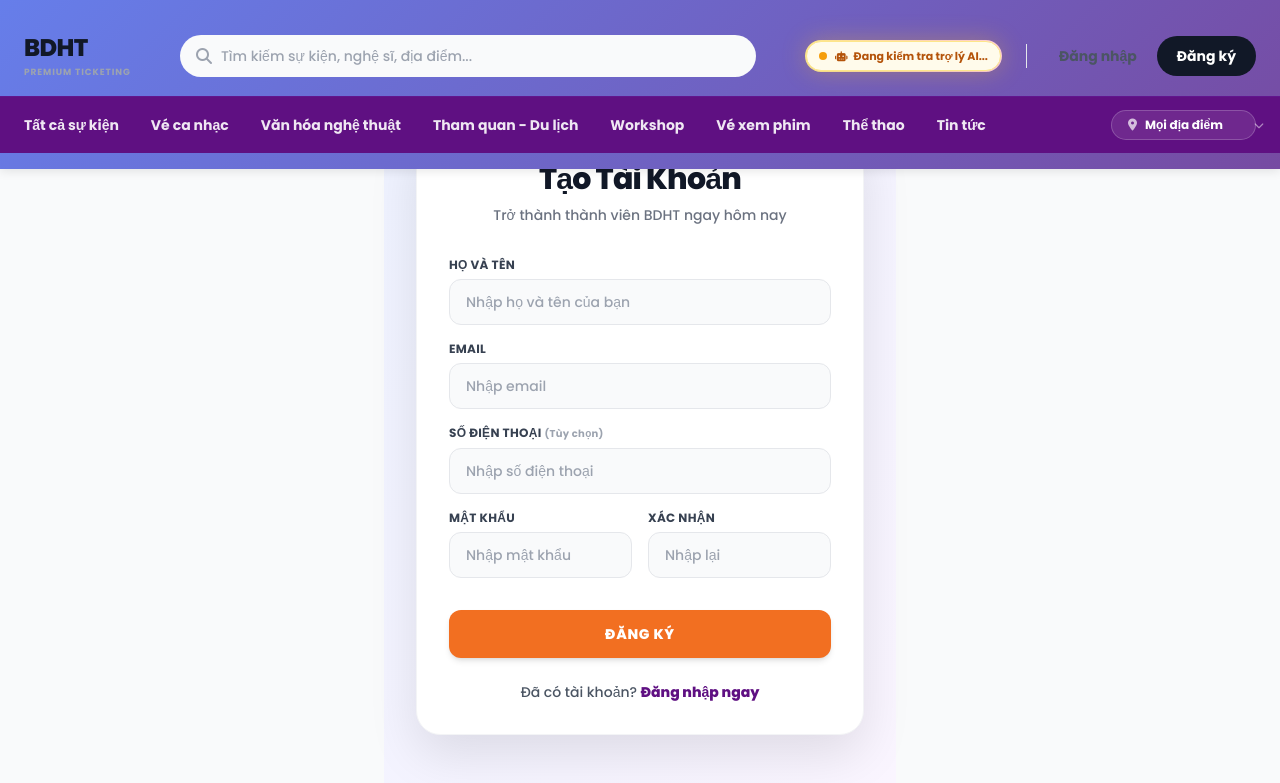
Repository: K23CNT1-TranTheBinh/K23CNT1_TranTheBinh_Project4_2310900012
Page: EventTicket_BDHT_Project/frontend-web/pages/user/register.html
The author's editor kept a copy of each file at every save. The page is drawn from the files as they stood at one save, then again after the next save.
The browser window is 1280 px wide. The pictures show the whole page.
The page's requests for data from a server got no answer. Some web libraries are served in a nearby version.

Above is the page before, as saved 2026-05-24 18:40:18.

### EventTicket_BDHT_Project/frontend-web/pages/user/register.html
<!DOCTYPE html>
<html lang="vi">
<head>
    <meta charset="UTF-8">
    <meta name="viewport" content="width=device-width, initial-scale=1.0">
    <title>Đăng Ký - BDHT Premium Ticketing</title>
    <!-- Tailwind CSS CDN -->
    <script src="https://cdn.tailwindcss.com"></script>
    <script>
        tailwind.config = {
            theme: {
                extend: {
                    colors: {
                        brand: {
                            purple: '#5f1082',
                            purpleHover: '#4d0b6b',
                            orange: '#f26f21',
                            orangeHover: '#d95a12',
                            darkBg: '#333333'
                        }
                    },
                    fontFamily: {
                        sans: ['Poppins', 'sans-serif'],
                    }
                }
            }
        }
    </script>
    <link href="https://fonts.googleapis.com/css2?family=Poppins:wght@300;400;500;600;700;800;900&display=swap" rel="stylesheet">
    <link rel="stylesheet" href="https://cdnjs.cloudflare.com/ajax/libs/font-awesome/6.4.0/css/all.min.css">
    <link rel="stylesheet" href="../../assets/css/style.css">
</head>
<body class="bg-gray-50 text-gray-800 font-sans antialiased flex flex-col min-h-screen">
    <div id="header-container"></div>

    <main class="flex-1 flex items-center justify-center py-12 px-4 sm:px-6 lg:px-8 bg-gradient-to-br from-indigo-50 to-purple-50">
        <div class="max-w-md w-full bg-white rounded-3xl p-8 shadow-[0_20px_50px_rgba(0,0,0,0.1)] border border-gray-100">
            <div class="text-center mb-8">
                <h2 class="text-3xl font-extrabold text-gray-900 tracking-tight">Tạo Tài Khoản</h2>
                <p class="text-sm font-medium text-gray-500 mt-2">Trở thành thành viên BDHT ngay hôm nay</p>
            </div>

            <form id="registerForm" class="flex flex-col gap-4">
                <div id="register-msg" class="hidden font-bold text-sm p-3 rounded-xl"></div>

                <div class="flex flex-col gap-1.5">
                    <label class="text-xs font-bold text-gray-700 uppercase tracking-wide">Họ và Tên</label>
                    <input type="text" id="fullName" required placeholder="Nhập họ và tên của bạn" class="w-full px-4 py-3 bg-gray-50 border border-gray-200 rounded-xl text-sm font-medium focus:border-brand-purple focus:ring-4 focus:ring-brand-purple/10 outline-none transition-all">
                </div>

                <div class="flex flex-col gap-1.5">
                    <label class="text-xs font-bold text-gray-700 uppercase tracking-wide">Email</label>
                    <input type="email" id="email" required placeholder="Nhập email" class="w-full px-4 py-3 bg-gray-50 border border-gray-200 rounded-xl text-sm font-medium focus:border-brand-purple focus:ring-4 focus:ring-brand-purple/10 outline-none transition-all">
                </div>

                <div class="flex flex-col gap-1.5">
                    <label class="text-xs font-bold text-gray-700 uppercase tracking-wide">Số điện thoại <span class="text-[10px] text-gray-400 normal-case">(Tùy chọn)</span></label>
                    <input type="text" id="phoneNumber" placeholder="Nhập số điện thoại" class="w-full px-4 py-3 bg-gray-50 border border-gray-200 rounded-xl text-sm font-medium focus:border-brand-purple focus:ring-4 focus:ring-brand-purple/10 outline-none transition-all">
                </div>

                <div class="grid grid-cols-2 gap-4">
                    <div class="flex flex-col gap-1.5">
                        <label class="text-xs font-bold text-gray-700 uppercase tracking-wide">Mật khẩu</label>
                        <input type="password" id="password" required placeholder="Nhập mật khẩu" class="w-full px-4 py-3 bg-gray-50 border border-gray-200 rounded-xl text-sm font-medium focus:border-brand-purple focus:ring-4 focus:ring-brand-purple/10 outline-none transition-all">
                    </div>

                    <div class="flex flex-col gap-1.5">
                        <label class="text-xs font-bold text-gray-700 uppercase tracking-wide">Xác nhận</label>
                        <input type="password" id="confirmPassword" required placeholder="Nhập lại" class="w-full px-4 py-3 bg-gray-50 border border-gray-200 rounded-xl text-sm font-medium focus:border-brand-purple focus:ring-4 focus:ring-brand-purple/10 outline-none transition-all">
                    </div>
                </div>

                <button type="submit" class="w-full bg-brand-orange hover:bg-brand-orangeHover text-white font-extrabold px-6 py-3.5 rounded-xl text-sm uppercase tracking-wider transition-all duration-300 shadow-md hover:shadow-xl hover:-translate-y-0.5 mt-4">
                    Đăng Ký
                </button>
            </form>

            <p class="text-center mt-6 text-sm font-medium text-gray-600">
                Đã có tài khoản? <a href="login.html" class="font-extrabold text-brand-purple hover:text-brand-orange transition-colors">Đăng nhập ngay</a>
            </p>
        </div>
    </main>

    <script src="../../assets/js/core/api-client.js"></script>
    <script src="../../assets/js/auth.js"></script>
</body>
</html>

### EventTicket_BDHT_Project/frontend-web/assets/css/style.css
/* EventTicket Frontend Styles */

/* Reset and Base Styles */
* {
    margin: 0;
    padding: 0;
    box-sizing: border-box;
}

body {
    font-family: 'Segoe UI', Tahoma, Geneva, Verdana, sans-serif;
    line-height: 1.6;
    color: #333;
    background-color: #f8f9fa;
}

header {
    background: linear-gradient(135deg, #667eea 0%, #764ba2 100%);
    color: white;
    padding: 1rem 0;
    position: fixed;
    width: 100%;
    top: 0;
    z-index: 1000;
    box-shadow: 0 2px 10px rgba(0,0,0,0.1);
}

main {
    margin-top: 80px;
    padding: 2rem;
    max-width: 1200px;
    margin-left: auto;
    margin-right: auto;
}

.container {
    max-width: 1200px;
    margin: 0 auto;
    padding: 0 1rem;
}

.btn {
    background: #667eea;
    color: white;
    padding: 0.75rem 1.5rem;
    border: none;
    border-radius: 5px;
    cursor: pointer;
    font-size: 1rem;
    transition: background 0.3s;
}

.btn:hover {
    background: #5a67d8;
}

.btn-danger {
    background: #e53e3e;
}

.btn-danger:hover {
    background: #c53030;
}

.card {
    background: white;
    border-radius: 10px;
    box-shadow: 0 4px 6px rgba(0,0,0,0.1);
    padding: 1.5rem;
    margin-bottom: 1.5rem;
}

.event-card {
    display: flex;
    gap: 1.5rem;
    margin-bottom: 2rem;
    padding: 1.5rem;
    border-radius: 10px;
    background: white;
    box-shadow: 0 4px 12px rgba(0,0,0,0.1);
    transition: transform 0.3s, box-shadow 0.3s;
}

.event-card:hover {
    transform: translateY(-5px);
    box-shadow: 0 8px 25px rgba(0,0,0,0.15);
}

/* Responsive */
@media (max-width: 768px) {
    .event-card {
        flex-direction: column;
    }

    main {
        padding: 1rem;
    }
}

/* Loading Spinner */
.loading {
    display: inline-block;
    width: 20px;
    height: 20px;
    border: 3px solid #f3f3f3;
    border-top: 3px solid #667eea;
    border-radius: 50%;
    animation: spin 1s linear infinite;
}

@keyframes spin {
    0% { transform: rotate(0deg); }
    100% { transform: rotate(360deg); }
}

### EventTicket_BDHT_Project/frontend-web/assets/js/auth.js
document.addEventListener('DOMContentLoaded', () => {
    window.pageUtils.loadHeader();
    setupLogin();
    setupRegister();
    setupSocialLogin();
});

const SOCIAL_AUTH_CONFIG = window.SOCIAL_AUTH_CONFIG || {};

function isConfigured(value) {
    return value && !value.startsWith('YOUR_');
}

function setLoginMessage(message, color = 'red') {
    const msgBox = document.getElementById('login-msg') || document.getElementById('login-error');
    if (!msgBox) return;
    msgBox.style.display = 'block';
    msgBox.innerHTML = `<span style="color: ${color};">${message}</span>`;
}

function redirectAfterLogin(user) {
    const userRole = user.role || 'USER';
    if (userRole === 'ADMIN' || userRole === 'ROLE_ADMIN') {
        window.location.href = window.pageUtils.resolveUrl('/pages/admin/lpth_dashboard.html');
    } else {
        window.location.href = window.pageUtils.resolveUrl('index.html');
    }
}

async function handleAuthSuccess(response) {
    if (!response || !response.user) {
        throw new Error('Khong nhan duoc du lieu user tu may chu.');
    }

    if (response.token) {
        window.apiClient.setToken(response.token);
    }
    localStorage.setItem('currentUser', JSON.stringify(response.user));
    redirectAfterLogin(response.user);
}

// ==========================================
// 1. LOGIN
// ==========================================
function setupLogin() {
    const loginForm = document.getElementById('loginForm') || document.getElementById('login-form');
    if (!loginForm) return;

    loginForm.addEventListener('submit', async (e) => {
        e.preventDefault();

        const emailInput = document.getElementById('email') || document.getElementById('username');
        const passwordInput = document.getElementById('password');
        const errorMsg = document.getElementById('login-msg') || document.getElementById('login-error');

        if (!errorMsg) return;
        errorMsg.style.display = 'block';
        errorMsg.innerHTML = '<span style="color: blue;">Dang kiem tra thong tin xac thuc...</span>';

        try {
            const response = await window.apiClient.post('/api/vtd/public/auth/login', {
                email: emailInput.value,
                password: passwordInput.value
            });

            if (response && response.user) {
                errorMsg.innerHTML = `<span style="color: green;">${response.message || 'Dang nhap thanh cong! Dang chuyen huong...'}</span>`;
                setTimeout(() => {
                    handleAuthSuccess(response);
                }, 800);
            } else if (response && response.error) {
                throw new Error(response.error);
            } else {
                throw new Error('Khong nhan duoc du lieu user tu may chu.');
            }
        } catch (error) {
            console.error('Loi dang nhap:', error);
            const errorText = (error.message || '').toLowerCase();
            if (errorText.includes('khoa') || errorText.includes('locked')) {
                errorMsg.innerHTML = '<span style="color: orange;">Tai khoan cua ban da bi khoa! Lien he quan tri vien.</span>';
            } else {
                errorMsg.innerHTML = `<span style="color: red;">${error.message || 'Dang nhap that bai.'}</span>`;
            }
        }
    });
}

// ==========================================
// 2. REGISTER
// ==========================================
function setupRegister() {
    const registerForm = document.getElementById('registerForm') || document.getElementById('register-form');
    if (!registerForm) return;

    registerForm.addEventListener('submit', async (e) => {
        e.preventDefault();

        const fullName = document.getElementById('fullName')?.value || document.getElementById('reg-username')?.value;
        const email = document.getElementById('email')?.value || document.getElementById('reg-email')?.value;
        const phoneNumber = document.getElementById('phoneNumber')?.value || '';
        const password = document.getElementById('password')?.value || document.getElementById('reg-password')?.value;
        const confirmPassword = document.getElementById('confirmPassword')?.value;
        const msgBox = document.getElementById('register-msg');

        if (!msgBox) return;
        msgBox.style.display = 'block';

        if (confirmPassword && password !== confirmPassword) {
            msgBox.innerHTML = '<span style="color: red;">Mat khau xac nhan khong khop!</span>';
            return;
        }

        msgBox.innerHTML = '<span style="color: blue;">Dang tao tai khoan...</span>';

        try {
            const response = await window.apiClient.post('/api/vtd/public/auth/register', {
                fullName: fullName,
                email: email,
                phoneNumber: phoneNumber,
                password: password
            });

            msgBox.innerHTML = `<span style="color: green;">${response.message || 'Dang ky thanh cong! Dang chuyen huong...'}</span>`;
            setTimeout(() => {
                window.location.href = window.pageUtils.resolveUrl('/pages/user/login.html');
            }, 1200);
        } catch (error) {
            msgBox.innerHTML = `<span style="color: red;">${error.message || 'Dang ky that bai. Vui long thu lai.'}</span>`;
        }
    });
}



function setupSocialLogin() {
    const btnGoogle = document.getElementById('btn-google');
    const btnFacebook = document.getElementById('btn-facebook');

    if (btnGoogle) {
        btnGoogle.addEventListener('click', loginWithGoogle);
    }
    if (btnFacebook) {
        btnFacebook.addEventListener('click', (e) => {
            e.preventDefault();
            setLoginMessage('Hệ thống đang phát triển.', 'orange');

            const facebookDev = document.getElementById('facebook-dev');
            if (facebookDev) facebookDev.style.display = 'block';
        });
    }


}

function loginWithGoogle() {
    if (!isConfigured(SOCIAL_AUTH_CONFIG.googleClientId)) {
        setLoginMessage('Vui long cau hinh Google Client ID trong login.html truoc khi dung dang nhap Google.');
        return;
    }
    if (!window.google || !google.accounts || !google.accounts.oauth2) {
        setLoginMessage('Google SDK chua tai xong, vui long thu lai sau vai giay.');
        return;
    }

    setLoginMessage('Dang mo dang nhap Google...', 'blue');
    const tokenClient = google.accounts.oauth2.initTokenClient({
        client_id: SOCIAL_AUTH_CONFIG.googleClientId,
        scope: 'openid email profile',
        callback: async (tokenResponse) => {
            if (!tokenResponse || !tokenResponse.access_token) {
                setLoginMessage('Google khong tra ve token dang nhap.');
                return;
            }

            try {
                const response = await window.apiClient.post('/api/vtd/public/auth/social-login', {
                    provider: 'google',
                    accessToken: tokenResponse.access_token
                });
                setLoginMessage(response.message || 'Dang nhap Google thanh cong! Dang chuyen huong...', 'green');
                setTimeout(() => handleAuthSuccess(response), 600);
            } catch (error) {
                setLoginMessage(error.message || 'Dang nhap Google that bai.');
            }
        }
    });
    tokenClient.requestAccessToken();
}

function loginWithFacebook() {
    if (!isConfigured(SOCIAL_AUTH_CONFIG.facebookAppId)) {
        setLoginMessage('Vui long cau hinh Facebook App ID trong login.html truoc khi dung dang nhap Facebook.');
        return;
    }
    if (!window.FB) {
        setLoginMessage('Facebook SDK chua tai xong, vui long thu lai sau vai giay.');
        return;
    }

    // FB.login chỉ hoạt động khi trang chạy qua HTTPS.
    // Nếu đang chạy http, Facebook SDK sẽ chặn và có thể làm lỗi typeof asyncfunction.
    if (window.location.protocol !== 'https:') {
        setLoginMessage('Facebook chỉ cho phép đăng nhập khi trang chạy HTTPS. Vui lòng bật HTTPS (Live Server/Proxy) rồi thử lại.', 'orange');
        return;
    }

    FB.init({
        appId: SOCIAL_AUTH_CONFIG.facebookAppId,
        cookie: true,
        xfbml: false,
        version: 'v25.0'
    });


    setLoginMessage('Dang mo dang nhap Facebook...', 'blue');
    FB.login(async (fbResponse) => {
        if (!fbResponse || !fbResponse.authResponse || !fbResponse.authResponse.accessToken) {
            setLoginMessage('Ban da huy dang nhap Facebook hoac Facebook khong tra ve token.');
            return;
        }

        const accessToken = fbResponse.authResponse.accessToken;
        try {
            const response = await window.apiClient.post('/api/vtd/public/auth/social-login', {
                provider: 'facebook',
                accessToken
            });
            setLoginMessage(response.message || 'Dang nhap Facebook thanh cong! Dang chuyen huong...', 'green');
            setTimeout(() => handleAuthSuccess(response), 600);
        } catch (error) {
            // backend trả { error: '...' } hoặc status 400/500, api-client sẽ đưa message sang error.message
            setLoginMessage(error.message || 'Dang nhap Facebook that bai.');
        }
    }, { scope: 'public_profile,email' });

}

### EventTicket_BDHT_Project/frontend-web/components/header.html
<!-- Header Component -->
<header class="w-full">
    <!-- Top Bar -->
    <div class="max-w-7xl mx-auto px-6 h-20 flex items-center justify-between gap-8">

        <!-- Logo -->
        <a href="pages/index.html" class="flex flex-col flex-shrink-0 group">
            <h1
                class="text-2xl font-extrabold text-gray-900 tracking-tight group-hover:text-brand-purple transition-colors">
                BDHT</h1>
            <p class="text-[9px] font-bold text-gray-400 uppercase tracking-widest mt-0.5" data-i18n="header.subtitle">
                Premium Ticketing</p>
        </a>

        <!-- Search -->
        <div class="hidden md:flex flex-1 max-w-xl">
            <div class="relative w-full group">
                <div class="absolute inset-y-0 left-0 pl-4 flex items-center pointer-events-none">
                    <i class="fas fa-search text-gray-400 group-focus-within:text-brand-purple transition-colors"></i>
                </div>
                <input id="header-search-keyword" type="text" placeholder="Tìm kiếm sự kiện, nghệ sĩ, địa điểm..." data-i18n="header.search_placeholder"
                    class="w-full pl-10 pr-4 py-2.5 bg-gray-50 border border-transparent rounded-full text-sm font-medium text-gray-900 focus:bg-white focus:border-gray-200 focus:ring-4 focus:ring-gray-100 outline-none transition-all duration-300">
            </div>
        </div>

        <!-- User Actions & Language -->
        <div class="flex items-center gap-6">
            <div class="hidden md:block">
                <div class="ai-status-shell rounded-full bg-gradient-to-r from-amber-200 via-orange-200 to-rose-200 p-[1px] shadow-[0_0_24px_rgba(251,191,36,0.32)] transition-all duration-300">
                    <div id="header-ai-status-pill"
                        class="hidden md:flex items-center gap-3 rounded-full border border-amber-200 bg-amber-50 px-3 py-1.5 text-[11px] font-bold text-amber-700 shadow-sm whitespace-nowrap">
                        <div class="flex items-center gap-2">
                            <span id="header-ai-status-dot" class="inline-block h-2 w-2 rounded-full bg-amber-500 animate-pulse"></span>
                            <span class="inline-flex items-center gap-1.5">
                                <i class="fas fa-robot text-[10px]"></i>
                                <span id="header-ai-status-text">Đang kiểm tra trợ lý AI...</span>
                            </span>
                        </div>
                        <button id="header-ai-cta" type="button"
                            class="hidden group items-center gap-1 rounded-full bg-gradient-to-r from-amber-400 via-orange-400 to-rose-400 px-2.5 py-1 text-[10px] font-bold text-slate-950 shadow-[0_8px_20px_rgba(249,115,22,0.28)] transition-all duration-300 hover:scale-105 hover:-translate-y-0.5">
                            <span class="inline-flex h-4 w-4 items-center justify-center rounded-full bg-slate-950/10">
                                <i class="fas fa-bolt text-[9px]"></i>
                            </span>
                            <span>Bật AI ngay</span>
                        </button>
                    </div>
                </div>
            </div>

            <div class="w-px h-6 bg-gray-200"></div>

            <!-- Auth Buttons -->
            <div id="guest-menu" class="flex items-center gap-3">
                <a href="pages/user/login.html" data-i18n="header.login"
                    class="text-sm font-bold text-gray-600 hover:text-gray-900 transition-colors px-2">Đăng nhập</a>
                <a href="pages/user/register.html" data-i18n="header.register"
                    class="bg-gray-900 hover:bg-brand-purple text-white text-sm font-bold px-5 py-2.5 rounded-full transition-all duration-300 hover:shadow-lg hover:-translate-y-0.5 active:translate-y-0">Đăng
                    ký</a>
            </div>

            <!-- User Menu (Hidden by default) -->
            <div id="user-menu" style="display: none;" class="relative items-center gap-3">
                <button type="button" id="user-dropdown-trigger"
                    class="flex items-center gap-3 outline-none border-none bg-transparent cursor-pointer group">
                    <span id="header-user-display-name"
                        class="text-sm font-bold text-gray-700 leading-tight group-hover:text-brand-purple transition-colors">User
                        Name</span>
                    <div id="header-user-avatar-char"
                        class="w-10 h-10 rounded-full bg-gradient-to-r from-brand-purple to-indigo-500 text-white font-extrabold text-sm flex items-center justify-center shadow-md group-hover:shadow-lg transition-all">
                        U
                    </div>
                    <i
                        class="fas fa-chevron-down text-[10px] text-gray-400 group-hover:text-brand-purple transition-colors"></i>
                </button>

                <!-- Dropdown Menu -->
                <div id="user-dropdown-menu"
                    class="hidden absolute right-0 top-12 w-56 bg-white border border-gray-100 rounded-2xl shadow-[0_10px_40px_rgba(0,0,0,0.08)] z-[100] py-2 flex flex-col overflow-hidden">
                    <a href="pages/user/profile.html"
                        class="px-5 py-3 text-sm font-bold text-gray-600 hover:bg-gray-50 hover:text-brand-purple transition-colors flex items-center gap-3">
                        <i class="far fa-user w-5 text-center text-gray-400"></i> <span data-i18n="header.profile">Hồ sơ
                            cá nhân</span>
                    </a>
                    <a href="pages/user/dashboard.html"
                        class="px-5 py-3 text-sm font-bold text-gray-600 hover:bg-gray-50 hover:text-brand-purple transition-colors flex items-center gap-3">
                        <i class="fas fa-ticket-alt w-5 text-center text-gray-400"></i> <span
                            data-i18n="header.my_events">Sự kiện của bạn</span>
                    </a>
                    <div class="h-px bg-gray-100 my-1 mx-3"></div>
                    <a href="javascript:void(0);" id="btn-logout"
                        class="px-5 py-3 text-sm font-bold text-red-500 hover:bg-red-50 transition-colors flex items-center gap-3">
                        <i class="fas fa-sign-out-alt w-5 text-center"></i> <span data-i18n="header.logout">Đăng
                            xuất</span>
                    </a>
                </div>
            </div>

        </div>
    </div>

    <!-- Navigation Bar -->
    <div class="bg-brand-purple w-full border-t border-purple-800/30">
        <div class="max-w-7xl mx-auto px-6 h-14 flex items-center justify-between">
            <div id="header-category-nav" class="flex items-center gap-8 overflow-x-auto scrollbar-hide">
                <span class="text-sm font-bold text-white/90">Đang tải danh mục...</span>
            </div>

            <div class="hidden lg:flex items-center gap-2 bg-white/10 px-4 py-1.5 rounded-full border border-white/20">
                <i class="fas fa-map-marker-alt text-white/70 text-xs"></i>
                <select id="header-location-filter"
                    class="bg-transparent text-white text-xs font-bold outline-none border-none cursor-pointer appearance-none pr-4 relative">
                    <option value="">Mọi địa điểm</option>
                </select>
                <i class="fas fa-chevron-down text-white/50 text-[10px] absolute right-4 pointer-events-none"></i>
            </div>
        </div>
    </div>
</header>

Loaded but not shown: EventTicket_BDHT_Project/frontend-web/assets/js/core/api-client.js (563 lines, source omitted)

After the next save:
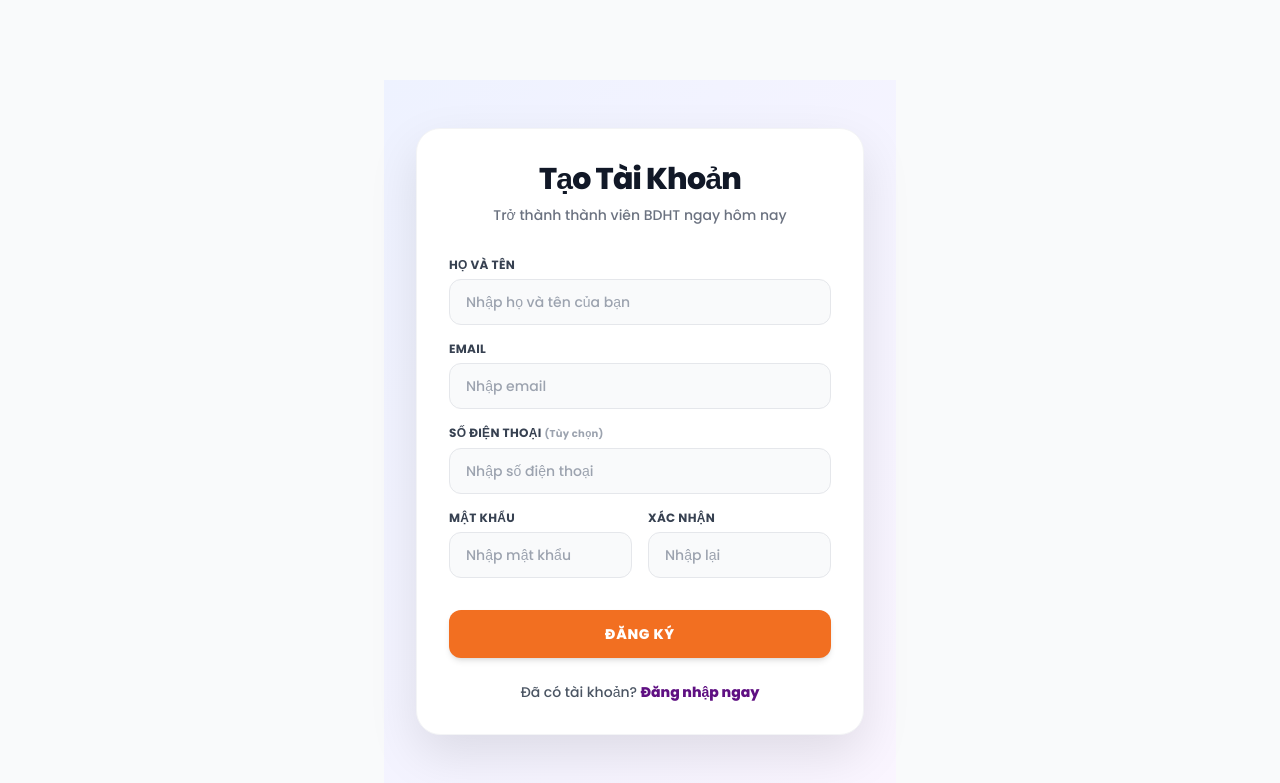
Saved 6 s later.
--- a/EventTicket_BDHT_Project/frontend-web/pages/user/register.html
+++ b/EventTicket_BDHT_Project/frontend-web/pages/user/register.html
@@ -31,7 +31,7 @@
     <link rel="stylesheet" href="../../assets/css/style.css">
 </head>
 <body class="bg-gray-50 text-gray-800 font-sans antialiased flex flex-col min-h-screen">
-    <div id="header-container"></div>
+
 
     <main class="flex-1 flex items-center justify-center py-12 px-4 sm:px-6 lg:px-8 bg-gradient-to-br from-indigo-50 to-purple-50">
         <div class="max-w-md w-full bg-white rounded-3xl p-8 shadow-[0_20px_50px_rgba(0,0,0,0.1)] border border-gray-100">
